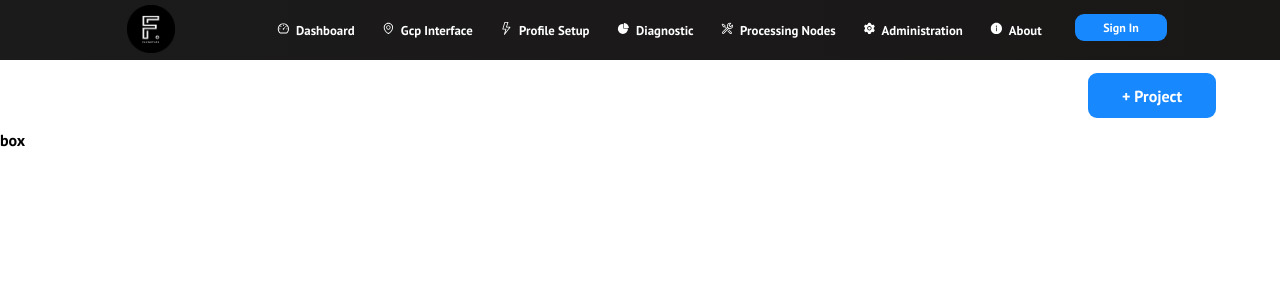
Repository: Akshaykumar1111/akki
Page: /Dashboard
The author's editor kept a copy of each file at every save. The page is drawn from the files as they stood at one save, then again after the next save.
The browser window is 1280 px wide. The pictures show the whole page.
Some web libraries are served in a nearby version. The project was rebuilt for these pictures with package versions that can differ from the ones it lists, and the page was loaded fresh each time. Also part of the build but not shown: src/components/pages/Dashboard.css, src/components/pages/Administration.css, src/components/pages/Administration.js, src/components/pages/Diagnostic.js, src/components/pages/ProfileSetup.js, src/components/pages/GcpInterface.js, src/components/pages/ProcessingNodes.js, src/components/pages/About.js and 8 more.

Above is the page before, as saved 2022-10-20 10:20:55.

After the next save:
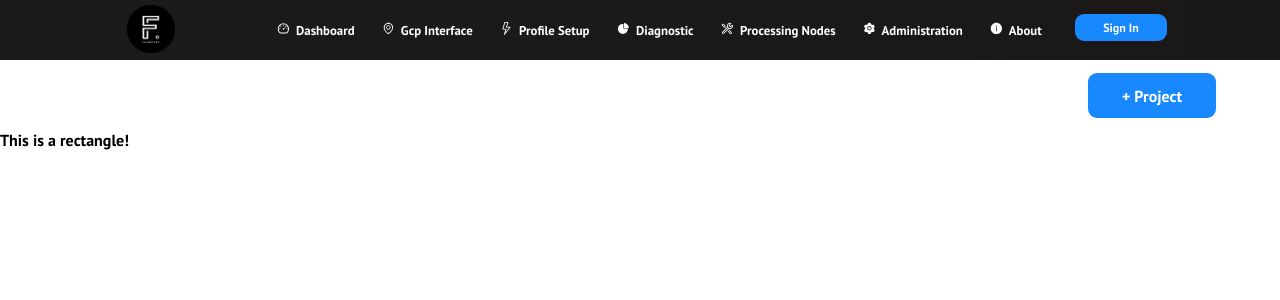
Saved 54 s later.
--- a/src/components/pages/Dashboard.js
+++ b/src/components/pages/Dashboard.js
@@ -8,7 +8,7 @@ export default function Dashboard() {
   return ( <>
 
   <button type="button" className='btn projectbtn'>+ Project</button>
-  <div type="box" className='box'>box</div>
+  <div>This is a rectangle!</div>
   </>
   )
  }
